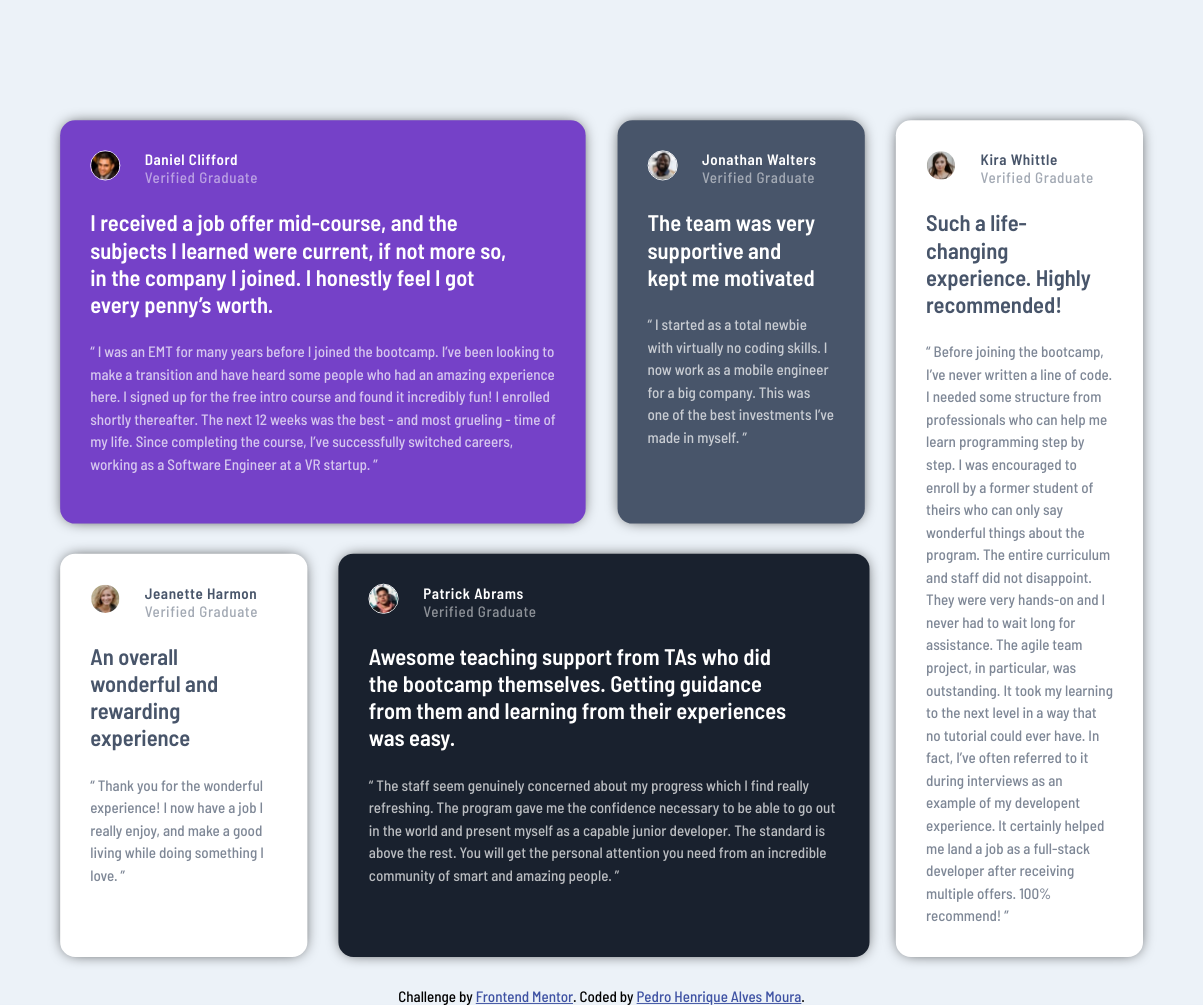
Repository: Pedrohamoura-Git/Frontend-Mentor-Challenges
Page: Junior/testimonials-grid-section-main/index.html
An editor plug-in stored every save of this project. The page is shown before and after the next save, followed by the edit.
The browser window is 1280 px wide. The pictures show the whole page, at 94% of full size.

Above is the page before, as saved 2021-06-02 12:09:34.

### Junior/testimonials-grid-section-main/index.html
<!DOCTYPE html>
<html lang="en">
<head>
  <meta charset="UTF-8">
  <meta name="viewport" content="width=device-width, initial-scale=1.0"> <!-- displays site properly based on user's device -->

  <link rel="stylesheet" href="css/style.css">

  <title>Frontend Mentor | [Challenge Name Here]</title>

  <!-- Feel free to remove these styles or customise in your own stylesheet 👍 -->
  <style>
    .attribution { font-size: 11px; text-align: center; }
    .attribution a { color: hsl(228, 45%, 44%); }
  </style>
</head>
<body>

  <div id="wrapper">
    <div id="cards">
      <div id="card1">
        <header class="quotes">
          <div class="picture">
            <img  src="images/image-daniel.jpg" alt="Daniel Clifford's Picture">
          </div>

          <div class="profile">
            <p>Daniel Clifford</p>
            <p class="status">Verified Graduate</p>
          </div>
        </header>


        <h2>I received a job offer mid-course, and the subjects I learned were current, if not more so, in the company I joined. I honestly feel I got every penny’s worth.</h2>

        <p class="reviews">“ I was an EMT for many years before I joined the bootcamp. I’ve been looking to make a transition and have heard some people who had an amazing experience here. I signed up for the free intro course and found it incredibly fun! I enrolled shortly thereafter. The next 12 weeks was the best - and most grueling - time of my life. Since completing the course, I’ve successfully switched careers, working as a Software Engineer at a VR startup. ”</p>
      </div>

      <div id="card2">
        <header>
          <div class="picture">
            <img src="images/image-jonathan.jpg" alt="Jonathan Walters's Picture">
          </div>

          <div class="profile">
            <p>Jonathan Walters</p>
            <p class="status">Verified Graduate</p>
          </div>
        </header>

        <h2>The team was very supportive and kept me motivated</h2>

        <p class="reviews">“ I started as a total newbie with virtually no coding skills. I now work as a mobile engineer
          for a big company. This was one of the best investments I’ve made in myself. ”</p>
      </div>


      <div id="card3">
        <header>
          <div class="picture">
            <img src="images/image-jeanette.jpg" alt="Jeanette Harmon's Picture">
          </div>

          <div class="profile">
            <p>Jeanette Harmon</p>
            <p class="status">Verified Graduate</p>
          </div>
        </header>

        <h2>An overall wonderful and rewarding experience</h2>

        <p class="reviews">“ Thank you for the wonderful experience! I now have a job I really enjoy, and make a good living
          while doing something I love. ”</p>
      </div>

      <div id="card4">
        <header>
          <div class="picture">
            <img src="images/image-patrick.jpg" alt="Patrick Abrams's Picture">
          </div>

          <div class="profile">
            <p>Patrick Abrams</p>
            <p class="status">Verified Graduate</p>
          </div>
        </header>

        <h2>Awesome teaching support from TAs who did the bootcamp themselves. Getting guidance from them and
          learning from their experiences was easy.</h2>

        <p class="reviews">“ The staff seem genuinely concerned about my progress which I find really refreshing. The program
          gave me the confidence necessary to be able to go out in the world and present myself as a capable
          junior developer. The standard is above the rest. You will get the personal attention you need from
          an incredible community of smart and amazing people. ”</p>
      </div>

      <div id="card5">
        <header>
          <div class="picture">
            <img src="images/image-kira.jpg" alt="Kira Whittle's Picture">
          </div>

          <div class="profile">
            <p>Kira Whittle</p>
            <p class="status">Verified Graduate</p>
          </div>
        </header>

        <h2>Such a life-changing experience. Highly recommended!</h2>

        <p class="reviews">“ Before joining the bootcamp, I’ve never written a line of code. I needed some structure from
          professionals who can help me learn programming step by step. I was encouraged to enroll by a former
          student of theirs who can only say wonderful things about the program. The entire curriculum and staff
          did not disappoint. They were very hands-on and I never had to wait long for assistance. The agile team
          project, in particular, was outstanding. It took my learning to the next level in a way that no tutorial
          could ever have. In fact, I’ve often referred to it during interviews as an example of my developent
          experience. It certainly helped me land a job as a full-stack developer after receiving multiple offers.
          100% recommend! ”</p>
      </div>
    </div>
  </div>


  <footer>
    <div class="attribution" style="font-size: 1rem">
      Challenge by <a href="https://www.frontendmentor.io?ref=challenge" target="_blank">Frontend Mentor</a>.
      Coded by <a href="#">Pedro Henrique Alves Moura</a>.
    </div>
  </footer>
</body>
</html>

### Junior/testimonials-grid-section-main/css/style.css
/*
** Core Formats
*/
    @import url('https://fonts.googleapis.com/css2?family=Barlow+Semi+Condensed:ital,wght@0,500;0,600;1,500;1,600&display=swap');


    * {
        box-sizing: border-box;
        font-family: "Barlow Semi Condensed";
        margin: 0;
        padding: 0;

    }

    html {
        Font-size: 13px;
    }

    body {
        background: hsl(210, 46%, 95%);
    }


/*
** Common Formats
*/
    #cards {
        color: white;
        margin: 10% auto;
        max-width: 1730px;
        min-width: 200px;
        width: 90%;
    }
    #cards .picture img {
        border: 1.5px solid white;
        border-radius: 3rem;
        width: 55%;
    }

    #cards h2 {
        font-size: 1.5rem;
        margin-bottom: 1.5rem;
        max-width: 90%;
    }

    #cards div.profile {
        letter-spacing: .04rem;
        margin-bottom: 1.5rem;
    }

    #cards div.profile :first-child {
        font-weight: 600;
    }

    #cards div.profile p.status {
        opacity: 50%;
    }

    #cards p.reviews {
        font-size: 1rem;
        line-height: 1.5rem;
        opacity: 70%;
    }

    #card1, #card2, #card3, #card4, #card5 {
        border-radius: 1rem;
        box-shadow: 0 0 1rem -5px black;
        margin-bottom: 2rem;
        padding: 2rem;
    }


    header {
        display: flex;
    }



    /* CONFIGURAR A IMAGEM DE ASPAS DEPOIS


         #cards #card1 h2 {
        z-index: 10;
    }


    #card1 ::before {
        content: '';
        background: url(../images/bg-pattern-quotation.svg)no-repeat;
        width: 30%;
        height: 20%;
        position: absolute;
        top: 3rem;
        right: 2rem;
        z-index: 2;
    }
    } */


/*
** Format each card individually
*/
    #card1 {
        background: hsl(263, 55%, 52%);
    }

    #card1 p.reviews ::after {
        background-image: url(images/bg-pattern-quotation.svg);
        background-repeat: no-repeat;
        background-position-x: 75%;
        background-color: var(--moderateViolet);
    }


    #card2 {
        background: hsl(217, 19%, 35%);
    }


    #card3 {
        background: white;
        color: hsl(217, 19%, 35%);
    }


    #card4 {
        background: hsl(219, 29%, 14%);
    }


    #card5 {
        background: white;
        color: hsl(217, 19%, 35%);
    }



/*
** Format the footer
*/
    footer {
        margin-top: -10%;
    }


    /*
    ** Tablet Layout
    */
        @media (min-width: 720px) {

            html {
                font-size: 16px;
            }

            #cards {
                display: grid;
                grid-template-columns: repeat(2, 1fr);
                column-gap: 2.1rem;
            }

            #card1 {
                grid-column: 1 / span 2;
            }

            #card4 {
                grid-column: 1 / span 2;
            }

            #card5 {
                grid-column: 1 / span 2;
            }
        }



    /*
    ** Desktop - Layout
    */
        @media (min-width: 1080px) {
            #cards {
                display: grid;
                grid-template-columns: repeat(4, 1fr);
                grid-template-rows: repeat(2, 1fr);
            }


            #card1 {
                grid-column: 1 / span 2;
                grid-row: 1;
            }

            #card4 {
                grid-column: 2 / span 3;
                grid-row: 2;

                /* To avoid an unintentional span  */
                width: 66%;
            }


            #card5 {
                grid-column: 4;
                grid-row: 1 / span 2;
            }
        }

After the next save:
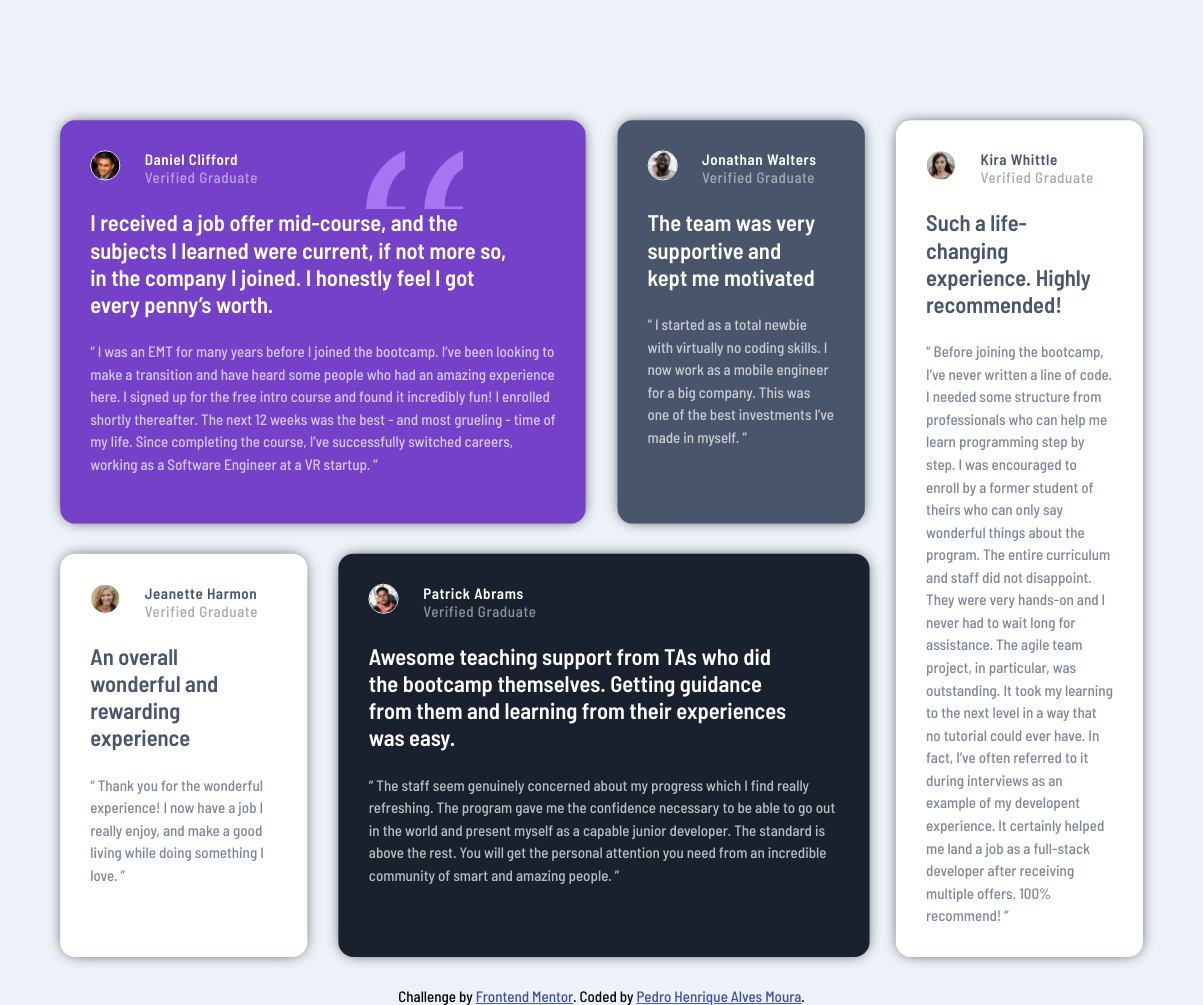
Saved 12 s later.
--- a/Junior/testimonials-grid-section-main/css/style.css
+++ b/Junior/testimonials-grid-section-main/css/style.css
@@ -104,7 +104,7 @@
         background: hsl(263, 55%, 52%);
     }
 
-    #card1 p.reviews ::after {
+    #card1 header {
         background-image: url(images/bg-pattern-quotation.svg);
         background-repeat: no-repeat;
         background-position-x: 75%;
